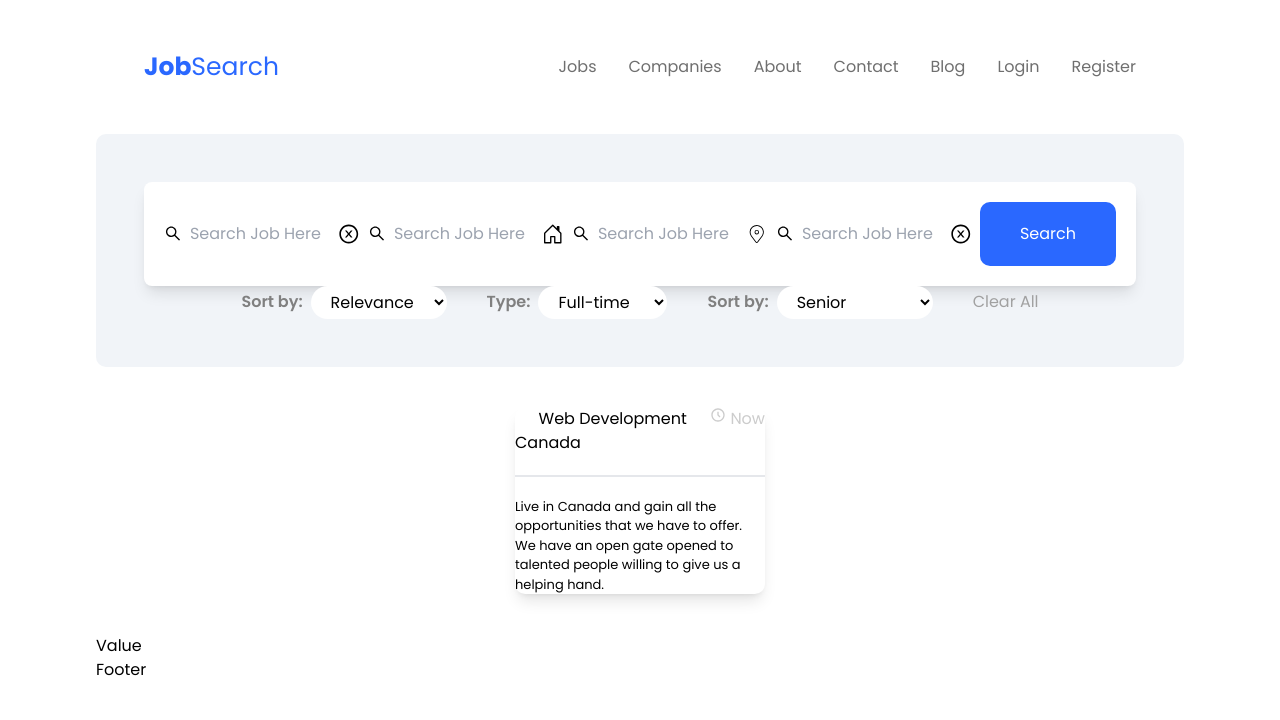
Repository: countaustin1990/Job-Search-website
Page: / (app in vite-project/)
An editor plug-in stored every save of this project. The page is shown before and after the next save, followed by the edit.
The browser window is 1280 px wide. The pictures show the whole page.
The project was rebuilt for these pictures with package versions that can differ from the ones it lists, and the page was loaded fresh each time. Also part of the build but not shown: vite-project/vite.config.js.

Above is the page before, as saved 2023-08-13 13:20:55.

### vite-project/index.html
<!doctype html>
<html lang="en">
  <head>
    <meta charset="UTF-8" />
    <link rel="icon" type="image/svg+xml" href="/vite.svg" />
    <meta name="viewport" content="width=device-width, initial-scale=1.0" />
    <title>Vite + React</title>
  </head>
  <body>
    <div id="root"></div>
    <script type="module" src="/src/main.jsx"></script>
  </body>
</html>

### vite-project/src/App.jsx
import NavBar from './components/NavBar'
import Job from './components/Job'
import Value from './components/Value'
import Search from './components/Search'
import Footer from './components/Footer'

const App = () => {
  return(
    <div className='w-[85%] m-auto bg-white'>
      <NavBar/>
      <Search/>
      <Job/>
      <Value/>
      <Footer/>
    </div>
  )
}



export default App

### vite-project/src/index.css
@import url("https://fonts.googleapis.com/css2?family=Poppins:wght@200;300;400;500;600;700;800;900&display=swap");

@tailwind base;
@tailwind components;
@tailwind utilities;

:root{
  font-family: 'Poppins', sans-serif;
}

body{
  background: white;
}

li{
  list-style: none;
  cursor: pointer;
  position: relative;
}

li:hover::before{
  position: absolute;
  content: '';
  height: 4px;
  width: 100%;
  background: #2a68ff;
  right: 0;
  bottom: -10px;
  color: #2a68ff;
}

.icon{
  cursor: pointer;
}

.card{
  background: #000;
}

### vite-project/src/components/NavBar.jsx


const NavBar = () => {
    return(
        <div className='navBar flex justify-between items-center p-[3rem]'>
            <div className="logoDiv">
                <h1 className='logo text-[25px] text-blueColor'>
                    <strong>Job</strong>Search
                </h1>
            </div>

            <div className="menu flex gap-8">
                <li className="menuList text-[#6f6f6f] hover:text-blueColor">Jobs</li>
                <li className="menuList text-[#6f6f6f] hover:text-blueColor">Companies</li>
                <li className="menuList text-[#6f6f6f] hover:text-blueColor">About</li>
                <li className="menuList text-[#6f6f6f] hover:text-blueColor">Contact</li>
                <li className="menuList text-[#6f6f6f] hover:text-blueColor">Blog</li>
                <li className="menuList text-[#6f6f6f] hover:text-blueColor">Login</li>
                <li className="menuList text-[#6f6f6f] hover:text-blueColor">Register</li>
            </div>

        </div>
    )
}

export default NavBar

### vite-project/src/components/Job.jsx
import { BiTimeFive } from 'react-icons/bi'



 const Job = () => {
    return(
        <div>

            <div className='jobContainer flex gap-10 justify-center flex-wrap items-center py-10'>

                <div className='group group/items singleJob w-[250px] bg-white rounded-[10px] hover:bg-blueColor shadow-lg shadow-greyIsh-400/700 hover:shadow-lg'>
                    <span className='flex justify-between items-center gap-4'>
                        <h1 className='text-[16px] font-semibold text-textColor group-hover:text-white'/>Web Development

                        <span className='flex item-center text-[#ccc] gap-1'>
                            <BiTimeFive/>Now
                        </span>
                    </span>

                    <h6 className='text-[#ccc]'/>Canada

                    <p className='text-[13px] text-[#95959] pt-[20px] border-t-[2px] mt-[20px] group-hover:text-white'>
                        Live in Canada and gain all the opportunities that we have to offer. We have an open gate opened to talented people willing to give us a helping hand.
                    </p>


                </div>
            </div>
        </div>
    )
 }

 export default Job

### vite-project/src/components/Value.jsx


const Value = () => {
    return(
        <div>Value</div>
    )
}

export default Value

### vite-project/src/components/Search.jsx
import { AiOutlineCloseCircle, AiOutlineSearch,  } from 'react-icons/ai'
import { BsHouseDoor } from 'react-icons/bs'
import { CiLocationOn } from 'react-icons/ci'


const Search = () => {
    return(
        <div className='SearchDiv grid gp-10 bg-greyIsh rounded-[10px] p-[3rem]'>
            <form action=''>
                <div className='firstDiv flex justified-between items-center rounded-[8px] gap-[10px] bg-white p-5 shadow-lg shadow-greyIsh-700'>
                    <div className='flex gap-2 items-center'>
                       <div className="flex gap-2 items-center">
                            <AiOutlineSearch className='text-[25px] icon'/>
                                <input type="text" className='bg-transparent text-blue-500 focus:outline-none w-[100%]' placeholder='Search Job Here'/>
                                    <AiOutlineCloseCircle className='text-[30px] text-[#a5a6a6 hover:text-textColor icon'/>
                        </div>


                       <div className="flex gap-2 items-center">
                            <AiOutlineSearch className='text-[25px] icon'/>
                                <input type="text" className='bg-transparent text-blue-500 focus:outline-none w-[100%]' placeholder='Search Job Here'/>
                                    <BsHouseDoor className='text-[30px] text-[#a5a6a6 hover:text-textColor icon'/>
                        </div>

                        <div className="flex gap-2 items-center">
                            <AiOutlineSearch className='text-[25px] icon'/>
                                <input type="text" className='bg-transparent text-blue-500 focus:outline-none w-[100%]' placeholder='Search Job Here'/>
                                    <CiLocationOn className='text-[30px] text-[#a5a6a6 hover:text-textColor icon'/>
                        </div>

                        <div className="flex gap-2 items-center">
                            <AiOutlineSearch className='text-[25px] icon'/>
                                <input type="text" className='bg-transparent text-blue-500 focus:outline-none w-[100%]' placeholder='Search Job Here'/>
                                    <AiOutlineCloseCircle className='text-[30px] text-[#a5a6a6 hover:text-textColor icon'/>
                        </div>

                        <button className='bg-blueColor h-full p-5 px-10 rounded-[10px] text-white cursor-pointer hover:bg-blue-300'>
                            Search
                        </button>
                    </div>
                </div>
            </form>

            <div className='secDiv flex items-center gap-10 justify-center'>
                <div className='singleSearch flex items-center gap-2'>
                    <label htmlFor='relevance' className='text-[#808080] font-semibold'>
                        Sort by:
                    </label>

                    <select name='' id='relevance' className='bg-white rounded-[34px] px-4 py-1'>
                        <option value=''>Relevance</option>
                        <option value=''>Inclusive</option>
                        <option value=''>Start with</option>
                        <option value=''>Contains</option>
                    </select>
                </div>

                <div className='singleSearch flex items-center gap-2'>
                    <label htmlFor='type' className='text-[#808080] font-semibold'>
                        Type:
                    </label>

                    <select name='' id='type' className='bg-white rounded-[34px] px-4 py-1'>
                        <option value=''>Full-time</option>
                        <option value=''>Remote</option>
                        <option value=''>Contract</option>
                        <option value=''>Part-time</option>
                    </select>
                </div>

                <div className='singleSearch flex items-center gap-2'>
                    <label htmlFor='level' className='text-[#808080] font-semibold'>
                        Sort by:
                    </label>

                    <select name='' id='level' className='bg-white rounded-[34px] px-4 py-1'>
                        <option value=''>Senior</option>
                        <option value=''>Intermediate</option>
                        <option value=''>Beginner</option>
                        <option value=''>Advocate</option>
                    </select>
                </div>

                <span className='text-[#a1a1a1] cursor-pointer'>
                    Clear All
                </span>

            </div>
        </div>
    )
}

export default Search

### vite-project/src/components/Footer.jsx


const Footer = () => {
    return(
        <div>Footer</div>
    )
}

export default Footer

### vite-project/tailwind.config.js
/** @type {import('tailwind').Config} */
export default {
  content: [
    "./index.html",
    "./src/**/*.{js,jsx}",
  ],
  theme: {
    extend: {
      colors: {
      'blueColor': '#2a68ff',
      'greyIsh': '#f1f4f8',
      'cardShadow': '#f7f8f9',
      'textColor': '#252b36',
      }
    },
  },
  plugins: [],
}

Loaded but not shown: vite-project/src/main.jsx (common file)

After the next save:
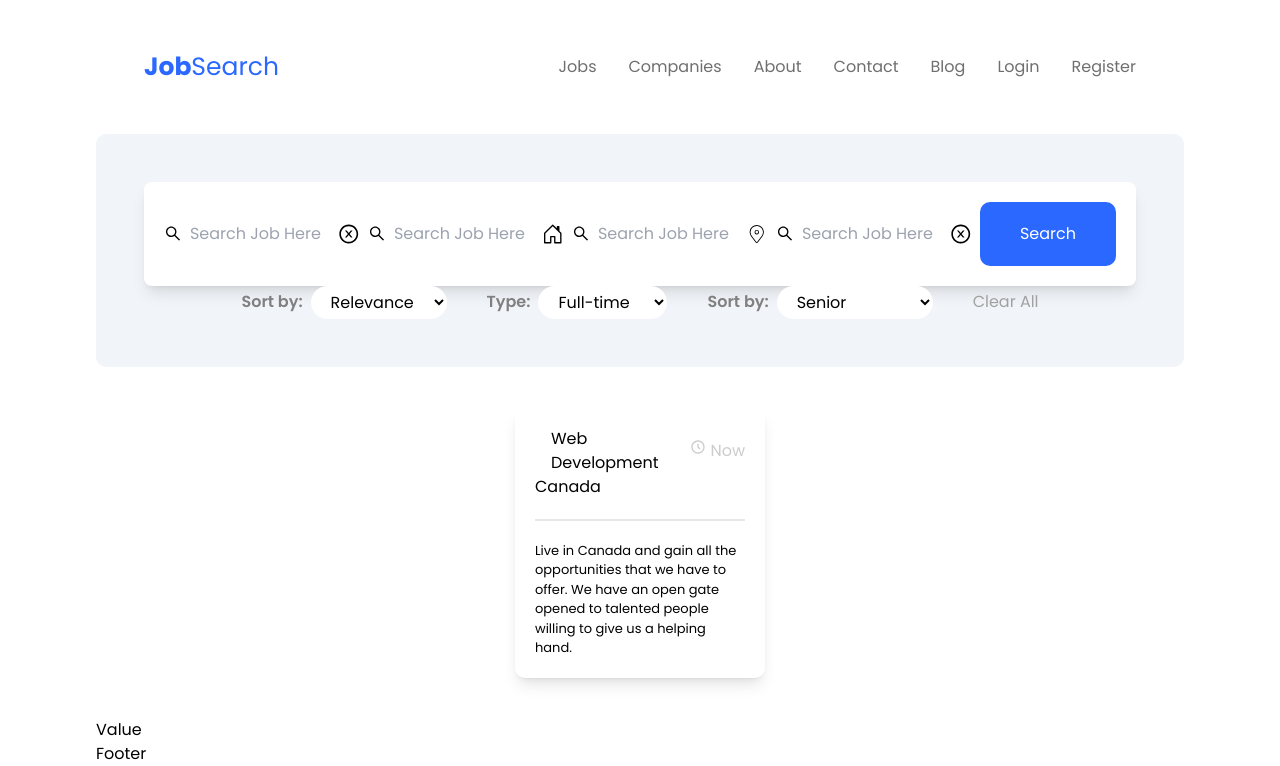
Saved 3 min 31 s later.
--- a/vite-project/src/components/Job.jsx
+++ b/vite-project/src/components/Job.jsx
@@ -8,7 +8,7 @@ import { BiTimeFive } from 'react-icons/bi'
 
             <div className='jobContainer flex gap-10 justify-center flex-wrap items-center py-10'>
 
-                <div className='group group/items singleJob w-[250px] bg-white rounded-[10px] hover:bg-blueColor shadow-lg shadow-greyIsh-400/700 hover:shadow-lg'>
+                <div className='group group/items singleJob w-[250px] p-[20px] bg-white rounded-[10px] hover:bg-blueColor shadow-lg shadow-greyIsh-400/700 hover:shadow-lg'>
                     <span className='flex justify-between items-center gap-4'>
                         <h1 className='text-[16px] font-semibold text-textColor group-hover:text-white'/>Web Development
 
